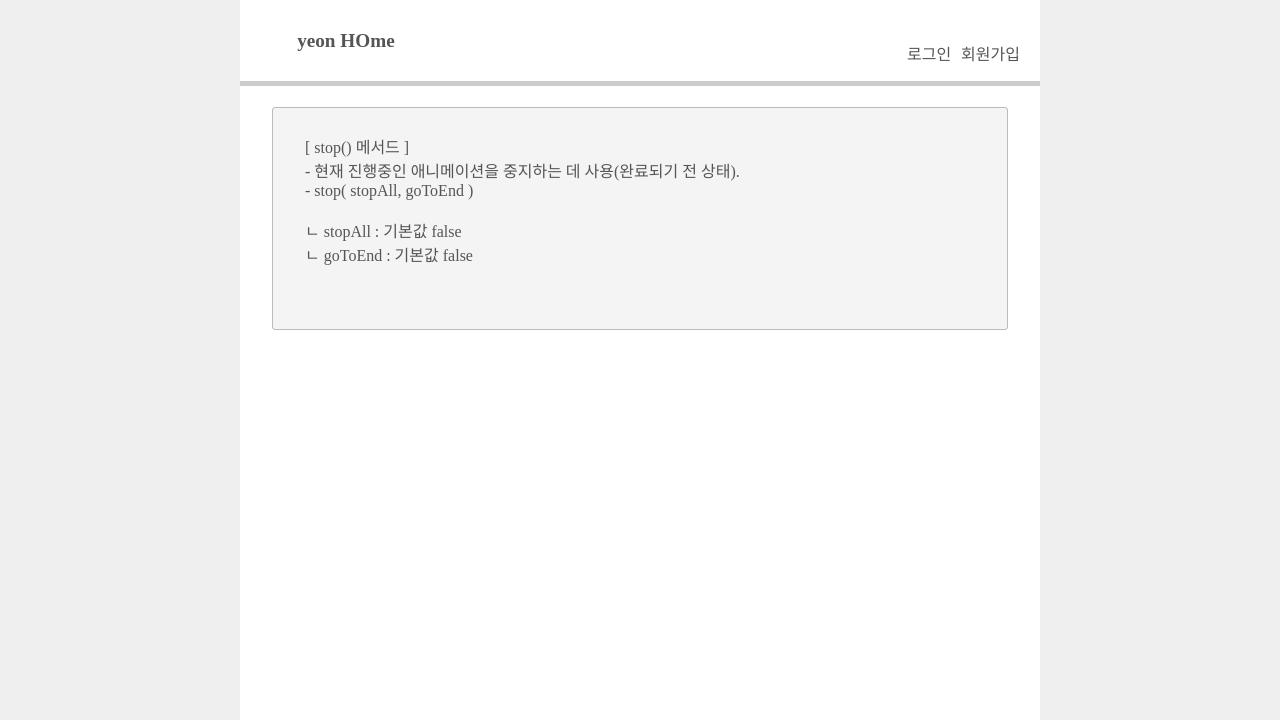
Repository: yeonhwa323/webPro
Page: webPro/src/main/webapp/jquery/days09/ex05_03.html
An editor plug-in stored every save of this project. The page is shown before and after the next save, followed by the edit.
The browser window is 1280 px wide. The pictures show the whole page.
Some web fonts or font styles are not loaded; a fallback is used.

Above is the page before, as saved 2024-04-17 05:34:07.

After the next save:
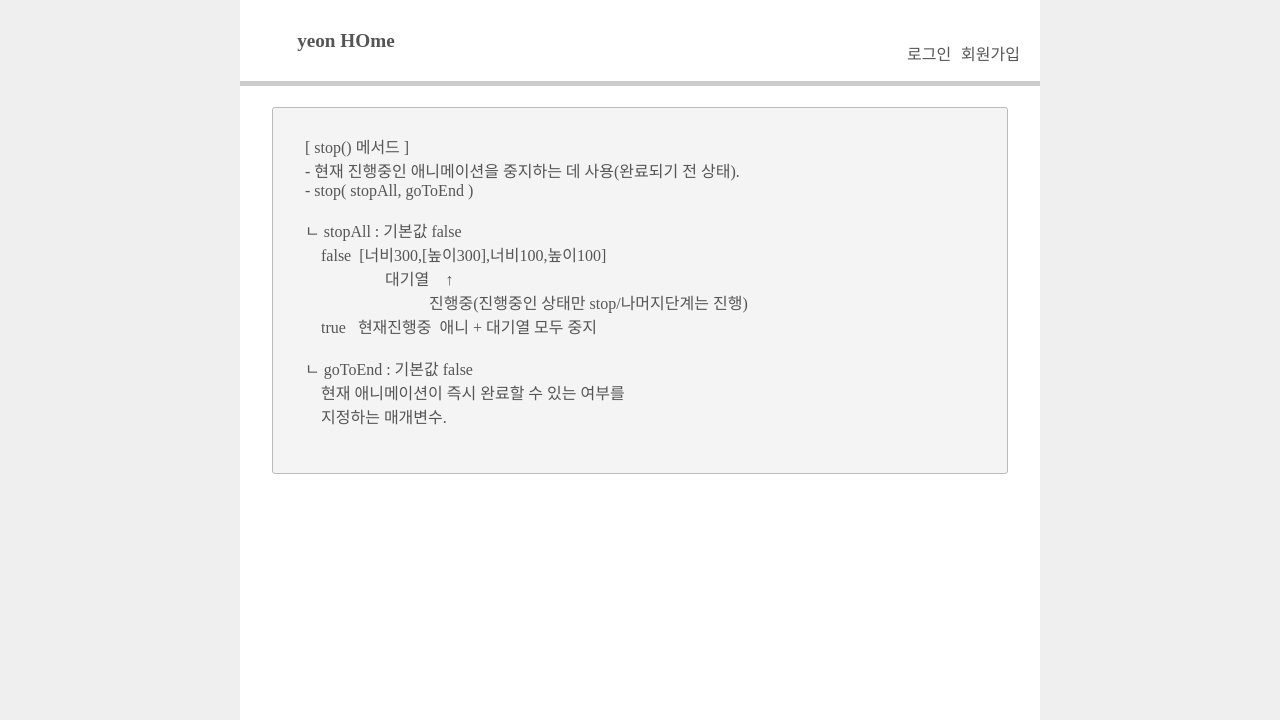
Saved 3 min 30 s later.
--- a/webPro/src/main/webapp/jquery/days09/ex05_03.html
+++ b/webPro/src/main/webapp/jquery/days09/ex05_03.html
@@ -29,8 +29,14 @@
     - stop( stopAll, goToEnd )
 
     ㄴ stopAll : 기본값 false
+    	false  [너비300,[높이300],너비100,높이100]
+    			대기열    ↑
+    				   진행중(진행중인 상태만 stop/나머지단계는 진행)
+    	true   현재진행중  애니 + 대기열 모두 중지
+
     ㄴ goToEnd : 기본값 false
-
+    	현재 애니메이션이 즉시 완료할 수 있는 여부를
+    	지정하는 매개변수.
 
   </xmp>
 
